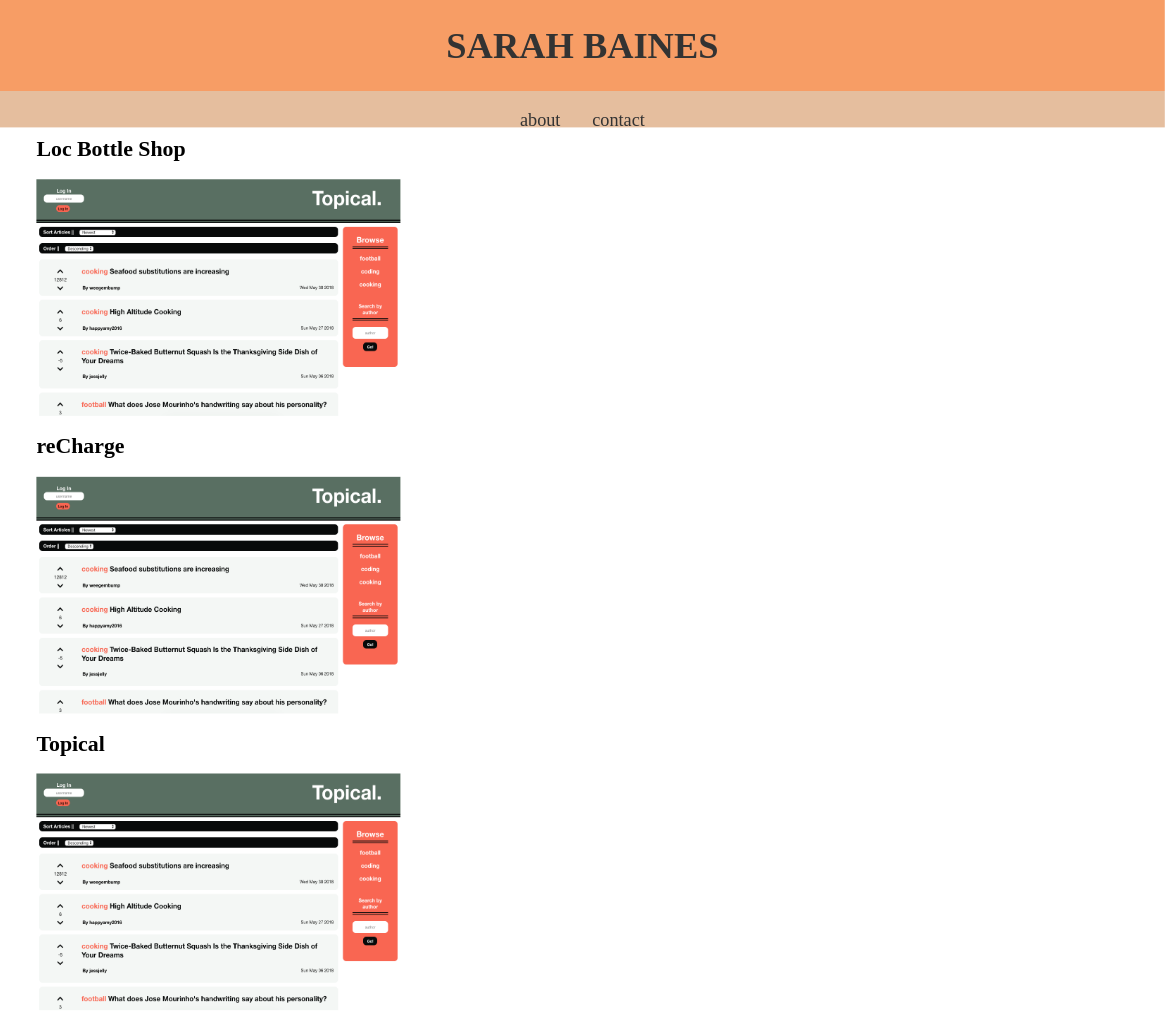
Repository: bainesface/bainesface.github.io
Page: index.html
These files come from the project's save history. The page is drawn as it stood at one moment and after the next save; the edit follows.
The browser window is 1280 px wide. The pictures show the whole page, at 91% of full size.

Above is the page before, as saved 2020-04-27 14:50:25.

After the next save:
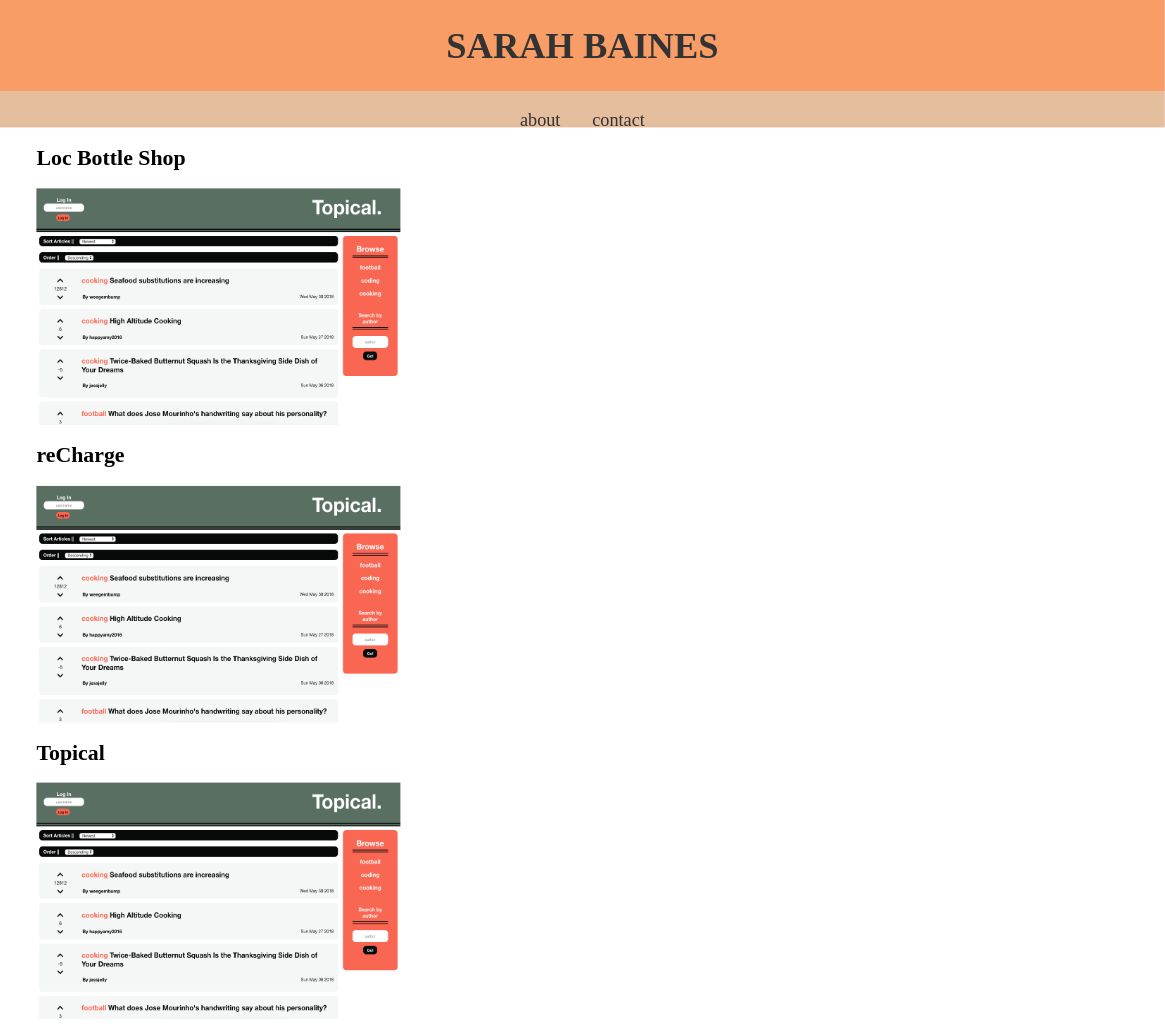
Saved 34 s later.
--- a/index.css
+++ b/index.css
@@ -1,6 +1,6 @@
 .body {
   display: grid;
-  grid-template-rows: 100px 30px auto;
+  grid-template-rows: 100px 40px auto;
   grid-template-columns: 100%;
   grid-template-areas:
     'header'
